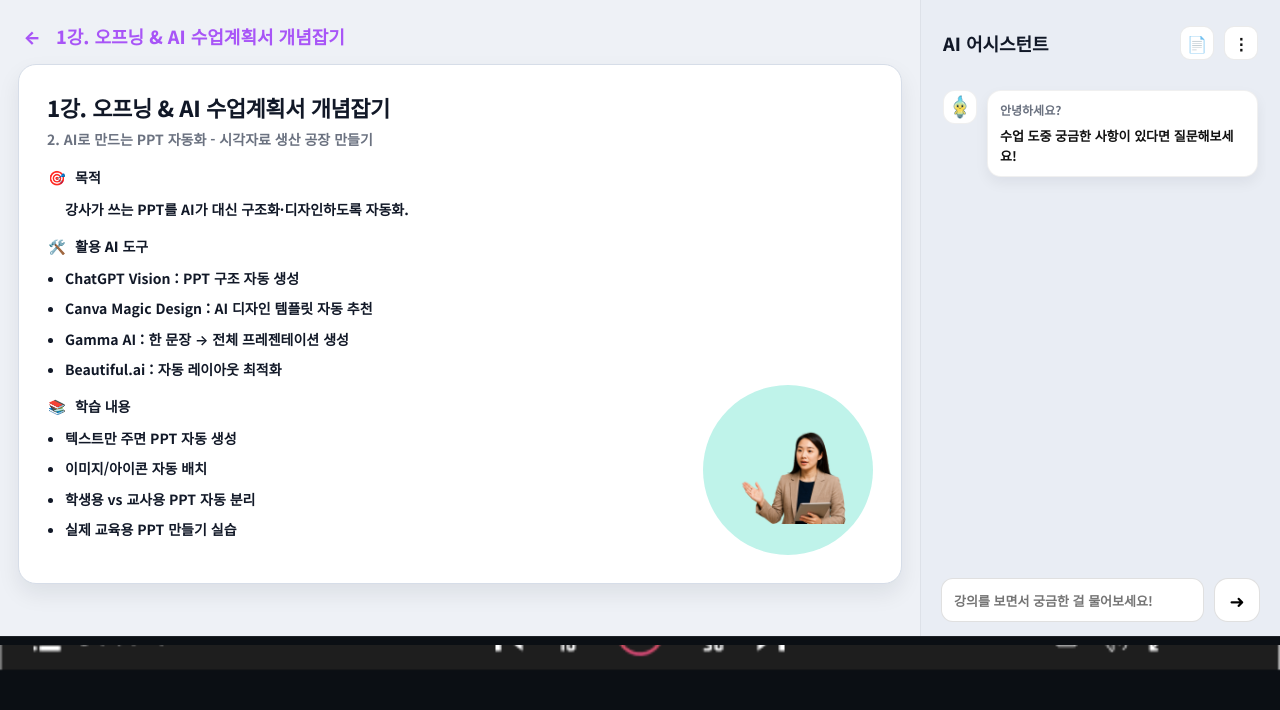
Repository: Iimchaehoon/level_up
Page: player.html
The author's editor kept a copy of each file at every save. The page is drawn from the files as they stood at one save, then again after the next save.
The browser window is 1280 px wide. The pictures show the whole page.

Above is the page before, as saved 2025-12-14 19:34:09.

### player.html
<!doctype html>
<html lang="ko">
<head>
  <meta charset="UTF-8" />
  <meta name="viewport" content="width=device-width,initial-scale=1" />
  <title>강의 플레이어 | LEVEL-UP</title>

  <link rel="preconnect" href="https://fonts.googleapis.com" />
  <link rel="preconnect" href="https://fonts.gstatic.com" crossorigin />
  <link href="https://fonts.googleapis.com/css2?family=Noto+Sans+KR:wght@400;500;700;800&display=swap" rel="stylesheet" />

  <style>
    :root{
      --bg:#eef1f6;
      --card:#ffffff;
      --line:#d6dde8;
      --text:#111827;
      --muted:#6b7280;
      --purple:#a855f7;
      --shadow:0 10px 22px rgba(15,23,42,.08);
      --radius:18px;
      --sidebarW:360px;
      --playerH:84px;
    }

    *{ box-sizing:border-box; }
    html,body{ height:100%; }
    body{
      margin:0;
      font-family:"Noto Sans KR",system-ui,-apple-system,BlinkMacSystemFont,"Segoe UI",sans-serif;
      color:var(--text);
      background:var(--bg);
      overflow:hidden; /* 피그마처럼 전체 스크롤 최소화 */
    }
    img{ max-width:100%; display:block; }
    button,input{ font-family:inherit; }
    a{ color:inherit; text-decoration:none; }

    /* ===== 전체 레이아웃 ===== */
    .app{
      height:100vh;
      display:grid;
      grid-template-columns: 1fr var(--sidebarW);
      padding-bottom: var(--playerH); /* 하단 플레이어바 자리 */
    }

    /* ===== 좌측 컨텐츠 ===== */
    .stage{
      position:relative;
      padding:18px 18px 18px 18px;
      overflow:auto;
    }

    .topline{
      display:flex;
      align-items:center;
      gap:10px;
      padding:4px 0 14px;
      color:var(--purple);
      font-weight:800;
      font-size:18px;
    }
    .back{
      width:28px; height:28px;
      border-radius:999px;
      display:grid; place-items:center;
      cursor:pointer;
      user-select:none;
    }
    .back:hover{ background:rgba(168,85,247,.12); }

    .content-card{
      background:var(--card);
      border:1px solid var(--line);
      border-radius: var(--radius);
      box-shadow: var(--shadow);
      padding:26px 28px;
      min-height: 520px;
      position:relative;
    }

    .h1{
      margin:0 0 6px;
      font-size:22px;
      font-weight:900;
      letter-spacing:-0.02em;
    }
    .h2{
      margin:0 0 18px;
      font-size:14px;
      font-weight:700;
      color:var(--muted);
    }

    .sec{
      margin-top:14px;
    }
    .sec-title{
      display:flex;
      align-items:center;
      gap:8px;
      margin:0 0 10px;
      font-weight:900;
      font-size:14px;
    }
    .sec-title .emoji{
      width:20px;
      display:inline-grid;
      place-items:center;
      font-size:14px;
    }
    .bullets{
      margin:0;
      padding-left:18px;
      color:var(--text);
      font-weight:600;
      line-height:1.75;
      font-size:14px;
    }
    .bullets li{ margin:6px 0; }

    /* 우하단 강사 이미지(원형 배경) */
    .teacher-badge{
      position:absolute;
      right:28px;
      bottom:28px;
      width:170px;
      height:170px;
      border-radius:999px;
      background: #bff3ea;
      display:grid;
      place-items:center;
    }
    .teacher-badge img{
      width:145px;
      height:auto;
      transform: translateY(6px);
    }

    /* ===== 우측 AI 어시스턴트 ===== */
    .sidebar{
      background:#e9edf4;
      border-left:1px solid rgba(0,0,0,.05);
      display:flex;
      flex-direction:column;
      padding:16px 14px 14px;
      overflow:hidden;
    }

    .side-head{
      display:flex;
      align-items:center;
      justify-content:space-between;
      padding:10px 8px 12px;
      font-weight:900;
      font-size:18px;
    }
    .side-actions{
      display:flex;
      gap:10px;
      color:#111;
    }
    .iconbtn{
      width:34px;
      height:34px;
      border-radius:10px;
      border:1px solid rgba(0,0,0,.08);
      background:#fff;
      cursor:pointer;
      display:grid;
      place-items:center;
      font-size:16px;
      user-select:none;
    }
    .iconbtn:hover{ background:#f7f8fb; }

    .chat{
      flex:1;
      overflow:auto;
      padding:8px 8px 10px;
    }

    .msg{
      display:flex;
      gap:10px;
      align-items:flex-start;
      margin:10px 0;
    }
    .avatar{
      width:34px;
      height:34px;
      border-radius:12px;
      background:#fff;
      border:1px solid rgba(0,0,0,.06);
      display:grid;
      place-items:center;
      overflow:hidden;
      flex:0 0 auto;
    }
    .avatar img{ width:26px; height:26px; object-fit:contain; }

    .bubble{
      max-width: 92%;
      background:#fff;
      border:1px solid rgba(0,0,0,.06);
      border-radius:14px;
      padding:10px 12px;
      line-height:1.55;
      font-size:13px;
      font-weight:600;
      color:#111;
      box-shadow: 0 6px 14px rgba(15,23,42,.06);
    }
    .bubble .muted{
      color:var(--muted);
      font-weight:700;
      font-size:12px;
      margin-bottom:6px;
      display:block;
    }

    .msg.user{
      justify-content:flex-end;
    }
    .msg.user .bubble{
      background:#111827;
      color:#fff;
      border-color:#111827;
      box-shadow:none;
    }

    .composer{
      padding:10px 6px 0;
      display:flex;
      gap:10px;
      align-items:center;
    }
    .input{
      flex:1;
      height:44px;
      border-radius:12px;
      border:1px solid rgba(0,0,0,.12);
      background:#fff;
      padding:0 12px;
      outline:none;
      font-size:13px;
      font-weight:600;
    }
    .send{
      width:46px;
      height:44px;
      border-radius:14px;
      border:1px solid rgba(0,0,0,.12);
      background:#fff;
      cursor:pointer;
      display:grid;
      place-items:center;
      font-size:18px;
      user-select:none;
    }
    .send:hover{ background:#f7f8fb; }

    /* ===== 하단 플레이어 바 ===== */
    .playerbar{
      position:fixed;
      left:0; right:0; bottom:0;
      height: var(--playerH);
      background:#0b0f14;
      display:flex;
      align-items:center;
      justify-content:center;
      z-index:50;
      border-top:1px solid rgba(255,255,255,.08);
    }
    .playerbar img{
      height:80%;
      width:100%;
      object-fit:cover; /* 피그마처럼 한 장 이미지로 꽉 */
    }

    /* 반응형: 좁아지면 사이드 내려가게 */
    @media (max-width: 980px){
      body{ overflow:auto; }
      .app{
        height:auto;
        grid-template-columns: 1fr;
        padding-bottom: var(--playerH);
      }
      .sidebar{
        height: 520px;
      }
    }
  </style>
</head>

<body>
  <div class="app">

    <!-- ===== 좌측 강의 화면 ===== -->
    <section class="stage" aria-label="강의 화면">
      <div class="topline">
        <div class="back" id="backBtn" title="뒤로가기">←</div>
        <div>1강. 오프닝 &amp; AI 수업계획서 개념잡기</div>
      </div>

      <div class="content-card">
        <h1 class="h1">1강. 오프닝 &amp; AI 수업계획서 개념잡기</h1>
        <p class="h2">2. AI로 만드는 PPT 자동화 - 시각자료 생산 공장 만들기</p>

        <div class="sec">
          <p class="sec-title"><span class="emoji">🎯</span> 목적</p>
          <div class="bullets">
            강사가 쓰는 PPT를 AI가 대신 구조화·디자인하도록 자동화.
          </div>
        </div>

        <div class="sec">
          <p class="sec-title"><span class="emoji">🛠️</span> 활용 AI 도구</p>
          <ul class="bullets">
            <li>ChatGPT Vision : PPT 구조 자동 생성</li>
            <li>Canva Magic Design : AI 디자인 템플릿 자동 추천</li>
            <li>Gamma AI : 한 문장 → 전체 프레젠테이션 생성</li>
            <li>Beautiful.ai : 자동 레이아웃 최적화</li>
          </ul>
        </div>

        <div class="sec">
          <p class="sec-title"><span class="emoji">📚</span> 학습 내용</p>
          <ul class="bullets">
            <li>텍스트만 주면 PPT 자동 생성</li>
            <li>이미지/아이콘 자동 배치</li>
            <li>학생용 vs 교사용 PPT 자동 분리</li>
            <li>실제 교육용 PPT 만들기 실습</li>
          </ul>
        </div>

        <!-- 우하단 원형 강사 이미지 -->
        <div class="teacher-badge" aria-hidden="true">
          <img src="./player/image_1917.png" alt="강사" />
        </div>
      </div>
    </section>

    <!-- ===== 우측 AI 어시스턴트 ===== -->
    <aside class="sidebar" aria-label="AI 어시스턴트">
      <div class="side-head">
        <div>AI 어시스턴트</div>
        <div class="side-actions">
          <div class="iconbtn" title="문서">📄</div>
          <div class="iconbtn" title="더보기">⋮</div>
        </div>
      </div>

      <div class="chat" id="chat">
        <div class="msg bot">
          <div class="avatar"><img src="./player/image_1864.png" alt="마스코트" /></div>
          <div class="bubble">
            <span class="muted">안녕하세요?</span>
            수업 도중 궁금한 사항이 있다면 질문해보세요!
          </div>
        </div>
      </div>

      <div class="composer">
        <input id="chatInput" class="input" type="text" placeholder="강의를 보면서 궁금한 걸 물어보세요!" />
        <button id="sendBtn" class="send" type="button" aria-label="전송">➜</button>
      </div>
    </aside>
  </div>

  <!-- ===== 하단 플레이어(이미지 1:1) ===== -->
  <div class="playerbar" aria-label="플레이어">
    <img src="./player/plyer_icon.png" alt="플레이어 바" />
  </div>

  <script>
    // ===== 뒤로가기(나의 강의로) =====
    document.getElementById("backBtn").addEventListener("click", () => {
      // 네 파일명이 my_lecture.html 이면 그대로, 다르면 수정
      window.location.href = "my_lecture.html";
    });

    // ===== 간단 AI Q&A (수업/강의 관련 키워드 기반) =====
    const chat = document.getElementById("chat");
    const input = document.getElementById("chatInput");
    const sendBtn = document.getElementById("sendBtn");

    // "강의 내용" 기반으로만 답하도록 룰을 잡아줌 (원하는대로 문구 변경 가능)
    function answer(text){
      const t = (text || "").trim().toLowerCase();

      // 빈값
      if(!t) return "질문을 입력해줘! 예: “오늘 강의 목적이 뭐야?”";

      // 범용
      if (t.includes("목적") || t.includes("왜") || t.includes("무슨 목적")) {
        return "이 파트의 목적은 **강사가 쓰는 PPT를 AI가 대신 구조화·디자인하도록 자동화**하는 거야.";
      }
      if (t.includes("도구") || t.includes("툴") || t.includes("사용") || t.includes("뭐로")) {
        return "활용 도구는 **ChatGPT Vision / Canva Magic Design / Gamma AI / Beautiful.ai**야.";
      }
      if (t.includes("chatgpt")) {
        return "ChatGPT Vision은 **PPT 구조(목차/슬라이드 흐름/핵심요약)**을 자동으로 잡아주는 데 좋아.";
      }
      if (t.includes("canva")) {
        return "Canva Magic Design은 **템플릿/레이아웃 추천**으로 디자인 시간을 확 줄여줘.";
      }
      if (t.includes("gamma")) {
        return "Gamma AI는 **한 문장만 줘도 전체 프레젠테이션**을 빠르게 만들어주는 쪽에 강해.";
      }
      if (t.includes("beautiful")) {
        return "Beautiful.ai는 **자동 레이아웃 정렬/정돈**이 강점이라 발표자료 마감 직전에 특히 유용해.";
      }
      if (t.includes("학습") || t.includes("배우는") || t.includes("내용")) {
        return "학습 내용은 **텍스트→PPT 자동 생성 / 이미지·아이콘 자동 배치 / 학생용·교사용 분리 / 교육용 PPT 만들기 실습**이야.";
      }
      if (t.includes("학생") || t.includes("교사용") || t.includes("분리")) {
        return "학생용/교사용 분리는 **표현 난이도·설명량·정답/해설 포함 여부**를 기준으로 AI에게 역할을 나눠서 생성시키면 돼.";
      }
      if (t.includes("질문") || t.includes("프롬프트") || t.includes("예시")) {
        return "예시 프롬프트: “중3 대상 45분 수업, 주제는 OOO. 학생용 10장/교사용 10장으로 나눠서 슬라이드 구조와 핵심 문장, 이미지 아이디어까지 제안해줘.”";
      }

      // 범위 밖 질문 필터(원하면 삭제 가능)
      if (t.includes("정치") || t.includes("주식") || t.includes("날씨")) {
        return "지금은 **수업/강의 관련 질문**에만 답변할 수 있어. 강의 내용으로 질문해줘!";
      }

      // 기본 응답
      return "좋아. 질문을 조금만 더 구체적으로 말해줘! (예: “이번 파트에서 어떤 도구를 쓰는지”, “학습 내용 요약” 등)";
    }

    function addMsg(role, text){
      const row = document.createElement("div");
      row.className = "msg " + (role === "user" ? "user" : "bot");

      if(role !== "user"){
        const av = document.createElement("div");
        av.className = "avatar";
        const img = document.createElement("img");
        img.src = "./player/image_1864.png";
        img.alt = "마스코트";
        av.appendChild(img);

        const bubble = document.createElement("div");
        bubble.className = "bubble";
        bubble.innerHTML = text;

        row.appendChild(av);
        row.appendChild(bubble);
      }else{
        const bubble = document.createElement("div");
        bubble.className = "bubble";
        bubble.textContent = text;
        row.appendChild(bubble);
      }

      chat.appendChild(row);
      chat.scrollTop = chat.scrollHeight;
    }

    function send(){
      const q = input.value.trim();
      if(!q) return;

      addMsg("user", q);
      input.value = "";

      // 살짝 딜레이로 자연스럽게
      setTimeout(() => {
        const a = answer(q);
        addMsg("bot", a);
      }, 250);
    }

    sendBtn.addEventListener("click", send);
    input.addEventListener("keydown", (e) => {
      if(e.key === "Enter") send();
    });
  </script>
</body>
</html>

After the next save:
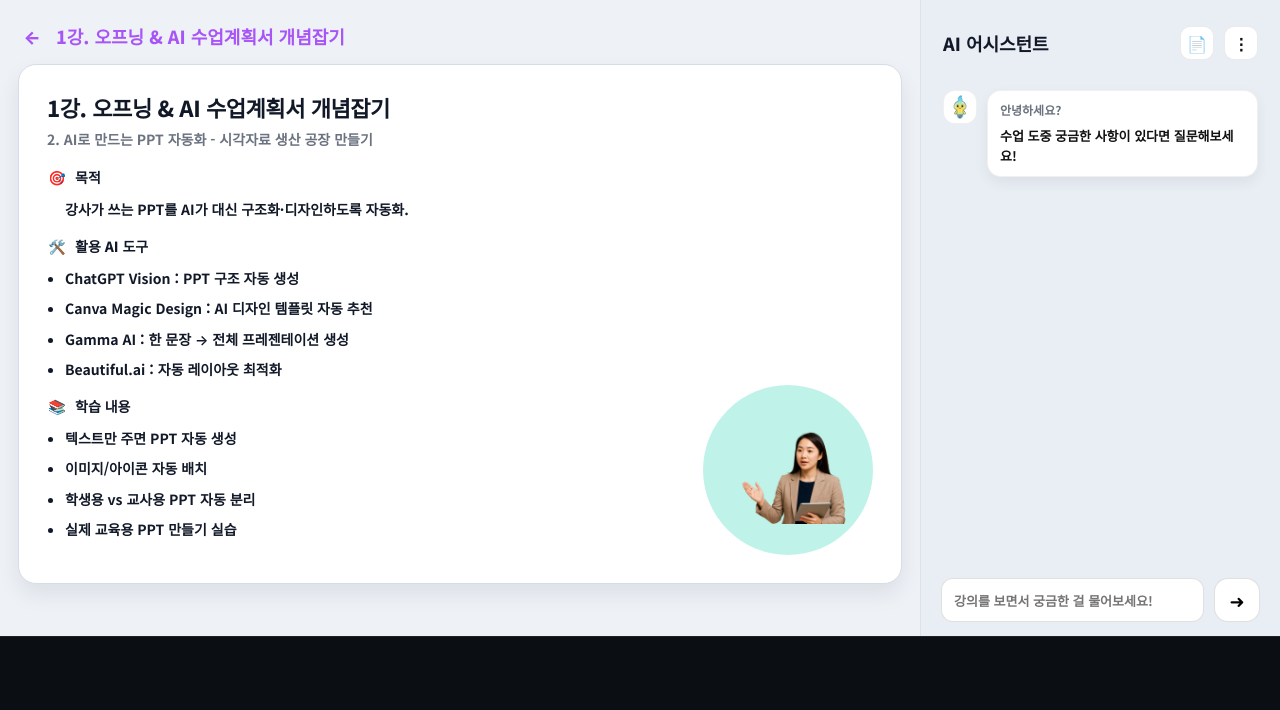
Saved 5 s later.
--- a/player.html
+++ b/player.html
@@ -273,7 +273,7 @@
       border-top:1px solid rgba(255,255,255,.08);
     }
     .playerbar img{
-      height:80%;
+      height:10%;
       width:100%;
       object-fit:cover; /* 피그마처럼 한 장 이미지로 꽉 */
     }
